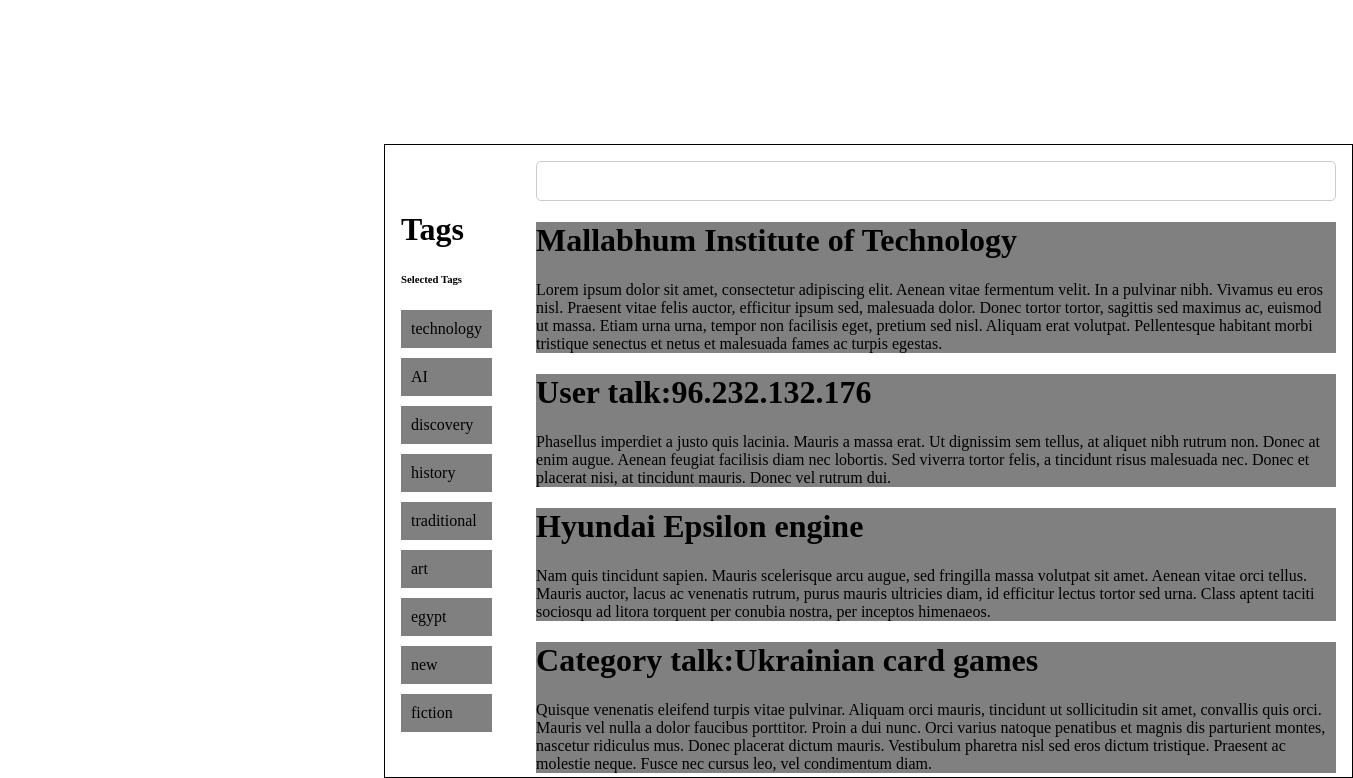
Repository: KelaiAffaf/bridger
Page: /
The author's editor kept a copy of each file at every save. The page is drawn from the files as they stood at one save, then again after the next save.
The browser window is 1280 px wide. The page is 1353 px wide, so the pictures cover 1353 px, including what lies to the right of the window. The pictures show the whole page.
The project was rebuilt for these pictures with package versions that can differ from the ones it lists, and the page was loaded fresh each time. Also part of the build but not shown: vite.config.js.

Above is the page before, as saved 2023-06-08 11:36:34.

After the next save:
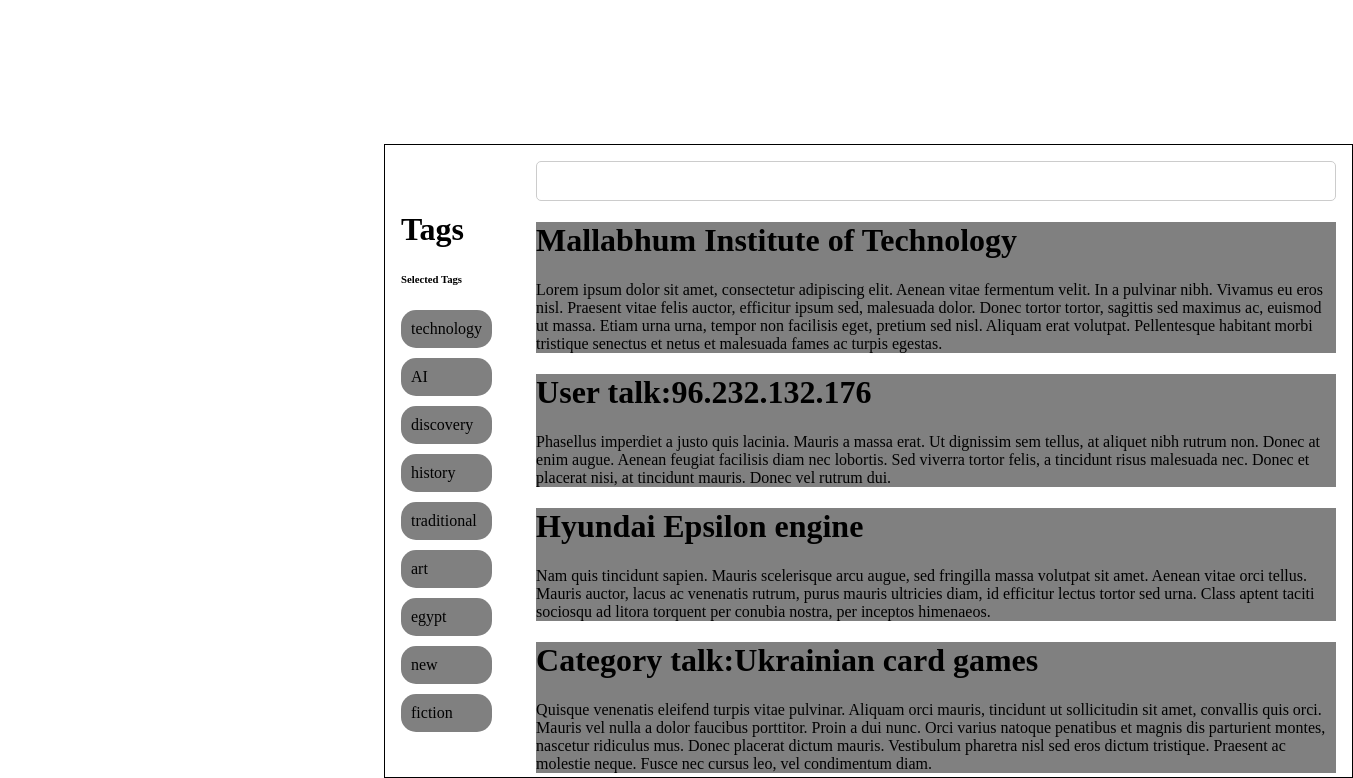
Saved 56 s later.
--- a/src/NewComponents/Tag.jsx
+++ b/src/NewComponents/Tag.jsx
@@ -15,7 +15,7 @@
       {tags && tags.map((ele,index)=>
       <div
       style={{
-        borderRedius: '15px',
+        borderRadius: '15px',
         backgroundColor: 'grey',
         padding: '10px',
       }}
